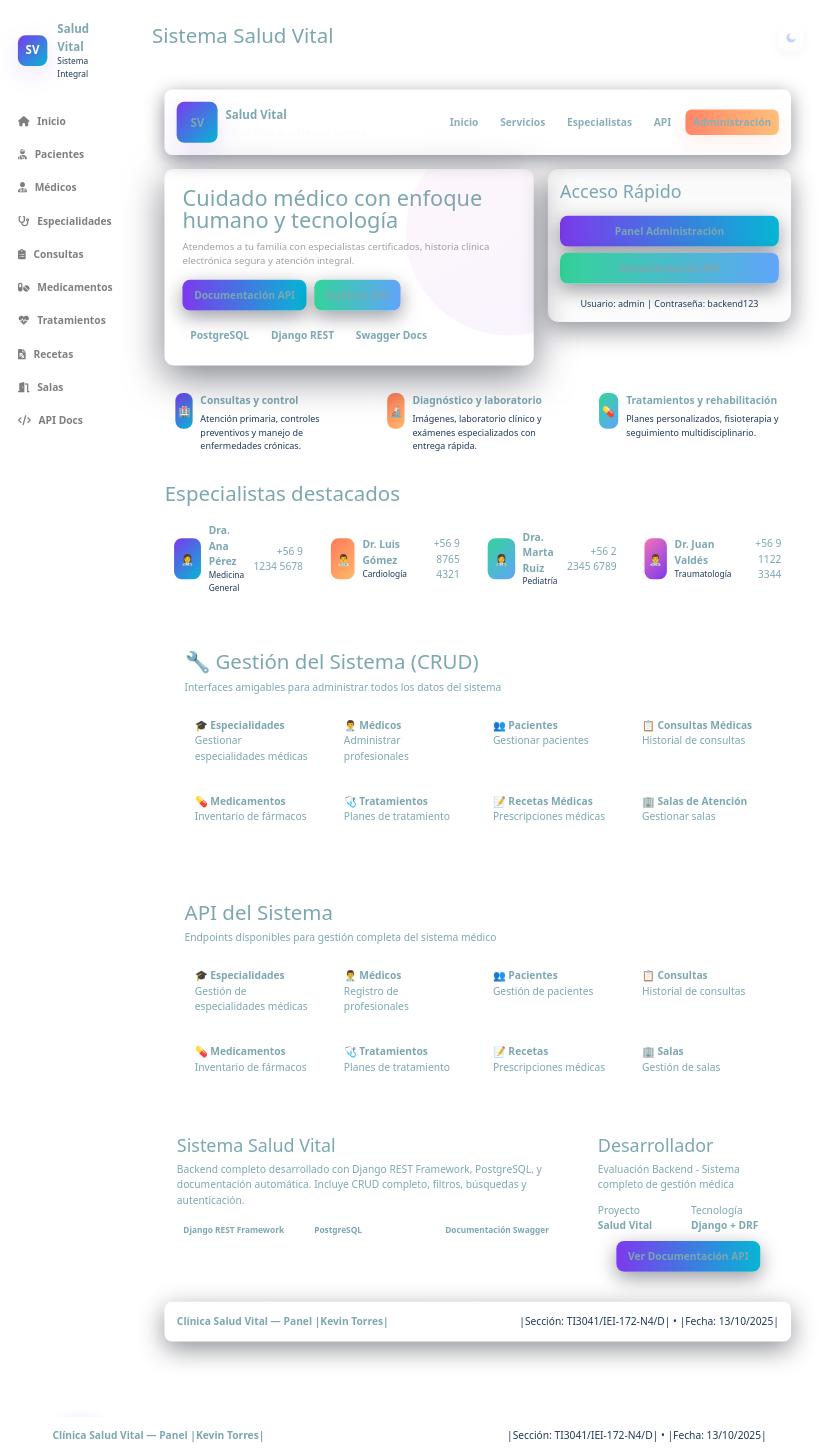
Repository: KeviNozh/eva2_clinica
Page: templates/index.html
These files come from the project's save history. The page is drawn as it stood at one moment and after a run of saves; the edit follows.
The browser window is 1280 px wide. The pictures show the whole page, at 64% of full size.
The template is drawn by Django 5.2. The application's start-up code is not run. Other server files are loaded and not shown. The template is opened directly, without the code that normally fills it, so the values that code supplies are empty.

Above is the page before, as saved 2025-10-16 00:20:12.

### templates/index.html
{% extends 'base.html' %}

{% block title %}Inicio - Salud Vital{% endblock %}

{% block content %}
<!DOCTYPE html>
<html lang="es">
<head>
  <meta charset="utf-8" />
  <meta name="viewport" content="width=device-width,initial-scale=1" />
  <style>
  /* Paleta viva y variables */
  :root{
    --bg:#ffffff;      /* fondo oscuro general */
    --soft-bg:#f6fbff;          /* paneles claros */
    --glass: rgba(224, 255, 246, 0.06);
    --muted:#1e395a;
    --white: #7ca7b1ff;

    --c1-start:#7c3aed; --c1-end:#06b6d4;   /* morado -> cian */
    --c2-start:#ff7a59; --c2-end:#ffb86b;   /* naranja -> amarillo */
    --c3-start:#34d399; --c3-end:#60a5fa;   /* verde -> azul */
    --c4-start:#f472b6; --c4-end:#7c3aed;   /* rosa -> morado */

    --radius:14px;
    --shadow-lg: 0 18px 60px rgba(2,6,23,0.5);
    --max-width:1200px;
    font-family: Inter, system-ui, -apple-system, "Segoe UI", Roboto, "Helvetica Neue", Arial, sans-serif;
    color-scheme: dark;
  }

  /* Reset y layout */
  *{box-sizing:border-box}
  html,body{height:100%;margin:0;background:
    radial-gradient(600px 300px at 10% 10%, rgba(124,58,237,0.12), transparent 10%),
    radial-gradient(500px 240px at 90% 70%, rgba(6,182,212,0.08), transparent 8%),
    var(--bg);
    -webkit-font-smoothing:antialiased;color:var(--white);
  }
  a{color:inherit;text-decoration:none}
  .wrap{max-width:var(--max-width);margin:30px auto;padding:20px}

  /* Header */
  header.site{
    display:flex;align-items:center;gap:16px;padding:18px;border-radius:12px;
    background: linear-gradient(90deg, rgba(255,255,255,0.03), rgba(255,255,255,0.02));
    border: 1px solid rgba(255,255,255,0.04);
    box-shadow: 0 8px 30px rgba(2,6,23,0.45);
  }
  .brand{display:flex;gap:12px;align-items:center}
  .logo{
    width:64px;height:64px;border-radius:12px;background:linear-gradient(135deg,var(--c1-start),var(--c1-end));
    display:grid;place-items:center;font-weight:900;font-size:18px;color:var(--white);box-shadow:0 12px 40px rgba(124,58,237,0.14)
  }
  .brand .title{font-weight:800;font-size:18px}
  .brand .subtitle{font-size:13px;color:#f6fbff;margin-top:4px}

  nav.main{margin-left:auto;display:flex;gap:10px;align-items:center}
  .nav-link{padding:8px 12px;border-radius:10px;color:var(--white);opacity:0.9;font-weight:700}
  .nav-link.ghost{background:transparent;border:1px solid rgba(186, 179, 179, 0.04);opacity:0.8}
  .nav-link.cta{background:linear-gradient(90deg,var(--c2-start),var(--c2-end));box-shadow:0 12px 30px rgba(255,122,89,0.14)}

  /* Hero */
  .hero{display:grid;grid-template-columns:1fr 380px;gap:22px;margin-top:22px;align-items:start}
  @media (max-width:980px){ .hero{grid-template-columns:1fr} }
  .hero-card{
    background: linear-gradient(180deg, rgba(255,255,255,0.04), rgba(255,255,255,0.02));
    border-radius:var(--radius);padding:28px;box-shadow:var(--shadow-lg);
    position:relative;overflow:hidden;
  }
  /* decorative shapes */
  .hero-card::before{
    content:"";position:absolute;right:-120px;top:-60px;width:320px;height:320px;border-radius:160px;
    background:linear-gradient(135deg,var(--c4-start),var(--c4-end));opacity:0.06;transform:rotate(20deg);
  }
  .hero h1{margin:0;font-size:34px;line-height:1.02}
  .hero p{margin:12px 0;color:#9da0a3;font-size:15px}
  .cta-group{display:flex;gap:12px;margin-top:18px;flex-wrap:wrap}
  .btn{
    padding:12px 18px;border-radius:12px;border:0;font-weight:800;cursor:pointer;
    color:var(--white);box-shadow:0 10px 30px rgba(2,6,23,0.4)
  }
  .btn.primary{background:linear-gradient(90deg,var(--c1-start),var(--c1-end))}
  .btn.alt{background:linear-gradient(90deg,var(--c3-start),var(--c3-end))}

  /* Appointment card (right) */
  .appointment{
    background: linear-gradient(180deg, rgba(90, 90, 90, 0.03), rgba(87, 86, 86, 0.02));
    padding:18px;border-radius:16px;border:1px solid rgba(255,255,255,0.04);box-shadow:0 12px 40px rgba(2,6,23,0.45)
  }
  .appointment h3{margin:0 0 10px 0}
  .appointment label{display:block;font-size:13px;color:var(--muted);margin-bottom:6px}
  .appointment input, .appointment select{width:100%;padding:10px;border-radius:10px;border:1px solid rgba(255,255,255,0.04);background:transparent;color:var(--white);margin-bottom:10px}

  /* Services grid */
  .services{display:grid;grid-template-columns:repeat(3,1fr);gap:14px;margin-top:26px}
  @media (max-width:1100px){ .services{grid-template-columns:repeat(2,1fr)} }
  @media (max-width:700px){ .services{grid-template-columns:1fr} }
  .service{
    background:linear-gradient(180deg, rgba(255,255,255,0.02), rgba(255,255,255,0.01));
    padding:16px;border-radius:12px;border:1px solid rgba(255,255,255,0.03);display:flex;gap:12px;align-items:flex-start;
  }
  .service .icon{width:56px;height:56px;border-radius:12px;display:grid;place-items:center;color:var(--white);font-weight:900}
  .s1{background:linear-gradient(135deg,var(--c1-start),var(--c1-end))}
  .s2{background:linear-gradient(135deg,var(--c2-start),var(--c2-end))}
  .s3{background:linear-gradient(135deg,var(--c3-start),var(--c3-end))}
  .service .title{font-weight:800}
  .service .desc{color:var(--muted);margin-top:6px;font-size:14px}

  /* Specialists */
  .specialists{margin-top:28px}
  .specialists h2{margin:0 0 12px 0}
  .cards{display:grid;grid-template-columns:repeat(4,1fr);gap:14px}
  @media (max-width:1100px){ .cards{grid-template-columns:repeat(2,1fr)} }
  @media (max-width:600px){ .cards{grid-template-columns:1fr} }
  .doctor{
    background:linear-gradient(180deg, rgba(255,255,255,0.02), rgba(255,255,255,0.01));
    padding:14px;border-radius:12px;border:1px solid rgba(255,255,255,0.03);display:flex;gap:12px;align-items:center;
  }
  .avatar{width:64px;height:64px;border-radius:12px;display:grid;place-items:center;font-weight:900;color:var(--white)}
  .avatar.a1{background:linear-gradient(135deg,var(--c1-start),var(--c1-end))}
  .avatar.a2{background:linear-gradient(135deg,var(--c2-start),var(--c2-end))}
  .avatar.a3{background:linear-gradient(135deg,var(--c3-start),var(--c3-end))}
  .avatar.a4{background:linear-gradient(135deg,var(--c4-start),var(--c4-end))}
  .doc-meta .name{font-weight:800}
  .doc-meta .spec{color:var(--muted);font-size:13px}

  /* Facilities / base */
  .base{display:grid;grid-template-columns:2fr 1fr;gap:16px;margin-top:28px}
  @media (max-width:900px){ .base{grid-template-columns:1fr} }
  .about, .contact{
    background: linear-gradient(180deg, rgba(255,255,255,0.02), rgba(255,255,255,0.01));
    padding:18px;border-radius:12px;border:1px solid rgba(255,255,255,0.03);
  }
  .about h3{margin-top:0}
  .features{display:grid;grid-template-columns:repeat(3,1fr);gap:10px;margin-top:12px}
  .feature{padding:10px;border-radius:10px;background:linear-gradient(90deg, rgba(255,255,255,0.02), transparent);font-weight:700;color:var(--white);font-size:13px}

  /* Contact */
  .contact form input, .contact form textarea{width:100%;padding:10px;border-radius:10px;border:1px solid rgba(255,255,255,0.04);background:transparent;color:var(--white);margin-bottom:8px}

  /* Footer */
  footer.site{
    margin-top:28px;padding:18px;border-radius:12px;background:linear-gradient(90deg, rgba(255,255,255,0.03), rgba(255,255,255,0.02));
    border:1px solid rgba(255,255,255,0.04);
    display:flex;justify-content:space-between;align-items:center;gap:12px;box-shadow:0 12px 40px rgba(2,6,23,0.45)
  }
  .footer-left{font-weight:800}
  .footer-right{color:var(--muted)}
  .pill{display:inline-block;padding:8px 12px;border-radius:999px;background:rgba(255,255,255,0.04);font-weight:700}

  /* API Links Section */
  .api-section {
    margin-top: 40px;
    padding: 30px;
    background: linear-gradient(180deg, rgba(255,255,255,0.03), rgba(255,255,255,0.01));
    border-radius: 16px;
    border: 1px solid rgba(255,255,255,0.04);
  }
  .api-links {
    display: grid;
    grid-template-columns: repeat(auto-fit, minmax(200px, 1fr));
    gap: 15px;
    margin-top: 20px;
  }
  .api-link {
    padding: 15px;
    background: rgba(255,255,255,0.02);
    border-radius: 10px;
    border: 1px solid rgba(255,255,255,0.03);
    transition: all 0.3s ease;
  }
  .api-link:hover {
    background: rgba(255,255,255,0.05);
    transform: translateY(-2px);
  }

  /* Small responsive tweaks */
  @media (max-width:520px){
    .nav-link{display:none}
    header.site{padding:12px}
    .logo{width:52px;height:52px}
  }
  </style>
</head>
<body>
  <div class="wrap">
    <!-- Header -->
    <header class="site" role="banner" aria-label="Encabezado principal">
      <div class="brand">
        <div class="logo" aria-hidden>SV</div>
        <div>
          <div class="title">Salud Vital</div>
          <div class="subtitle">Clínica Integral — Atención humana</div>
        </div>
      </div>

      <nav class="main" role="navigation" aria-label="Navegación principal">
        <a class="nav-link" href="#home">Inicio</a>
        <a class="nav-link" href="#servicios">Servicios</a>
        <a class="nav-link" href="#medicos">Especialistas</a>
        <a class="nav-link" href="#api">API</a>
        <a class="nav-link cta" href="/admin/">Administración</a>
      </nav>
    </header>

    <!-- Hero + Appointment -->
    <section class="hero" id="home" aria-labelledby="hero-title">
      <div class="hero-card">
        <h1 id="hero-title">Cuidado médico con enfoque humano y tecnología</h1>
        <p>Atendemos a tu familia con especialistas certificados, historia clínica electrónica segura y atención integral.</p>

        <div class="cta-group">
          <a class="btn primary" href="/api/docs/">Documentación API</a>
          <a class="btn alt" href="/api/">Explorar API</a>
        </div>

        <div style="margin-top:18px;display:flex;gap:10px;flex-wrap:wrap">
          <span class="pill">PostgreSQL</span>
          <span class="pill">Django REST</span>
          <span class="pill">Swagger Docs</span>
        </div>
      </div>

      <aside class="appointment" aria-labelledby="ap-title" id="cita">
        <h3 id="ap-title">Acceso Rápido</h3>
        <div style="text-align: center; margin: 20px 0;">
          <a href="/admin/" class="btn primary" style="display: block; margin-bottom: 10px;">Panel Administración</a>
          <a href="/api/docs/" class="btn alt" style="display: block;">Documentación API</a>
        </div>
        <div style="color: var(--muted); font-size: 14px; text-align: center;">
          Usuario: admin | Contraseña: backend123
        </div>
      </aside>
    </section>

    <!-- Services -->
    <section id="servicios" class="services" aria-label="Servicios destacados">
      <article class="service">
        <div class="icon s1">🏥</div>
        <div>
          <div class="title">Consultas y control</div>
          <div class="desc">Atención primaria, controles preventivos y manejo de enfermedades crónicas.</div>
        </div>
      </article>

      <article class="service">
        <div class="icon s2">🔬</div>
        <div>
          <div class="title">Diagnóstico y laboratorio</div>
          <div class="desc">Imágenes, laboratorio clínico y exámenes especializados con entrega rápida.</div>
        </div>
      </article>

      <article class="service">
        <div class="icon s3">💊</div>
        <div>
          <div class="title">Tratamientos y rehabilitación</div>
          <div class="desc">Planes personalizados, fisioterapia y seguimiento multidisciplinario.</div>
        </div>
      </article>
    </section>

    <!-- Specialists -->
    <section class="specialists" id="medicos">
      <h2>Especialistas destacados</h2>
      <div class="cards" role="list">
        <div class="doctor" role="listitem">
          <div class="avatar a1">👩‍⚕️</div>
          <div class="doc-meta" style="flex:1">
            <div class="name">Dra. Ana Pérez</div>
            <div class="spec">Medicina General</div>
          </div>
          <div style="text-align:right">
            <div class="muted">+56 9 1234 5678</div>
          </div>
        </div>

        <div class="doctor">
          <div class="avatar a2">👨‍⚕️</div>
          <div class="doc-meta" style="flex:1">
            <div class="name">Dr. Luis Gómez</div>
            <div class="spec">Cardiología</div>
          </div>
          <div style="text-align:right">
            <div class="muted">+56 9 8765 4321</div>
          </div>
        </div>

        <div class="doctor">
          <div class="avatar a3">👩‍⚕️</div>
          <div class="doc-meta" style="flex:1">
            <div class="name">Dra. Marta Ruiz</div>
            <div class="spec">Pediatría</div>
          </div>
          <div style="text-align:right">
            <div class="muted">+56 2 2345 6789</div>
          </div>
        </div>

        <div class="doctor">
          <div class="avatar a4">👨‍⚕️</div>
          <div class="doc-meta" style="flex:1">
            <div class="name">Dr. Juan Valdés</div>
            <div class="spec">Traumatología</div>
          </div>
          <div style="text-align:right">
            <div class="muted">+56 9 1122 3344</div>
          </div>
        </div>
      </div>
    </section>

<!-- Agregar esta sección después de "Especialistas destacados" -->
<section class="api-section" id="crud">
  <h2>🔧 Gestión del Sistema (CRUD)</h2>
  <p class="muted">Interfaces amigables para administrar todos los datos del sistema</p>

  <div class="api-links">
    <a href="/crud/especialidades/" class="api-link">
      <strong>🎓 Especialidades</strong>
      <div class="muted">Gestionar especialidades médicas</div>
    </a>
    <a href="/crud/medicos/" class="api-link">
      <strong>👨‍⚕️ Médicos</strong>
      <div class="muted">Administrar profesionales</div>
    </a>
    <a href="/crud/pacientes/" class="api-link">
      <strong>👥 Pacientes</strong>
      <div class="muted">Gestionar pacientes</div>
    </a>
    <a href="/crud/consultas/" class="api-link">
      <strong>📋 Consultas Médicas</strong>
      <div class="muted">Historial de consultas</div>
    </a>
    <a href="/crud/medicamentos/" class="api-link">
      <strong>💊 Medicamentos</strong>
      <div class="muted">Inventario de fármacos</div>
    </a>
    <a href="/crud/tratamientos/" class="api-link">
      <strong>🩺 Tratamientos</strong>
      <div class="muted">Planes de tratamiento</div>
    </a>
    <a href="/crud/recetas/" class="api-link">
      <strong>📝 Recetas Médicas</strong>
      <div class="muted">Prescripciones médicas</div>
    </a>
    <a href="/crud/salas/" class="api-link">
      <strong>🏢 Salas de Atención</strong>
      <div class="muted">Gestionar salas</div>
    </a>
  </div>
</section>

    <!-- API Section -->
    <section class="api-section" id="api">
      <h2>API del Sistema</h2>
      <p class="muted">Endpoints disponibles para gestión completa del sistema médico</p>

      <div class="api-links">
        <a href="/api/especialidades/" class="api-link">
          <strong>🎓 Especialidades</strong>
          <div class="muted">Gestión de especialidades médicas</div>
        </a>
        <a href="/api/medicos/" class="api-link">
          <strong>👨‍⚕️ Médicos</strong>
          <div class="muted">Registro de profesionales</div>
        </a>
        <a href="/api/pacientes/" class="api-link">
          <strong>👥 Pacientes</strong>
          <div class="muted">Gestión de pacientes</div>
        </a>
        <a href="/api/consultas-medicas/" class="api-link">
          <strong>📋 Consultas</strong>
          <div class="muted">Historial de consultas</div>
        </a>
        <a href="/api/medicamentos/" class="api-link">
          <strong>💊 Medicamentos</strong>
          <div class="muted">Inventario de fármacos</div>
        </a>
        <a href="/api/tratamientos/" class="api-link">
          <strong>🩺 Tratamientos</strong>
          <div class="muted">Planes de tratamiento</div>
        </a>
        <a href="/api/recetas-medicas/" class="api-link">
          <strong>📝 Recetas</strong>
          <div class="muted">Prescripciones médicas</div>
        </a>
        <a href="/api/salas-atencion/" class="api-link">
          <strong>🏢 Salas</strong>
          <div class="muted">Gestión de salas</div>
        </a>
      </div>
    </section>

    <!-- Base / About & Contact -->
    <section class="base" id="contacto">
      <div class="about">
        <h3>Sistema Salud Vital</h3>
        <p class="muted">Backend completo desarrollado con Django REST Framework, PostgreSQL, y documentación automática. Incluye CRUD completo, filtros, búsquedas y autenticación.</p>

        <div class="features" aria-hidden>
          <div class="feature">Django REST Framework</div>
          <div class="feature">PostgreSQL</div>
          <div class="feature">Documentación Swagger</div>
        </div>
      </div>

      <aside class="contact" aria-labelledby="contact-title">
        <h3 id="contact-title">Desarrollador</h3>
        <p class="muted">Evaluación Backend - Sistema completo de gestión médica</p>

        <div style="display:flex;gap:8px;margin-top:8px">
          <div style="flex:1">
            <div class="muted">Proyecto</div>
            <div style="font-weight:800">Salud Vital</div>
          </div>
          <div style="flex:1">
            <div class="muted">Tecnología</div>
            <div style="font-weight:800">Django + DRF</div>
          </div>
        </div>

        <div style="margin-top:12px; text-align: center;">
          <a href="/api/docs/" class="btn primary">Ver Documentación API</a>
        </div>
      </aside>
    </section>

    <!-- Footer -->
    <footer class="site" role="contentinfo">
      <div class="footer-left">
        Clínica Salud Vital — Panel |Kevin Torres|
      </div>
      <div class="footer-right">
        <div class="muted">|Sección: TI3041/IEI-172-N4/D| • |Fecha: 13/10/2025|</div>
      </div>
    </footer>
  </div>
</body>
</html>
{% endblock %}

Loaded but not shown: templates/base.html (345 lines, source omitted)

After the next 3 saves:
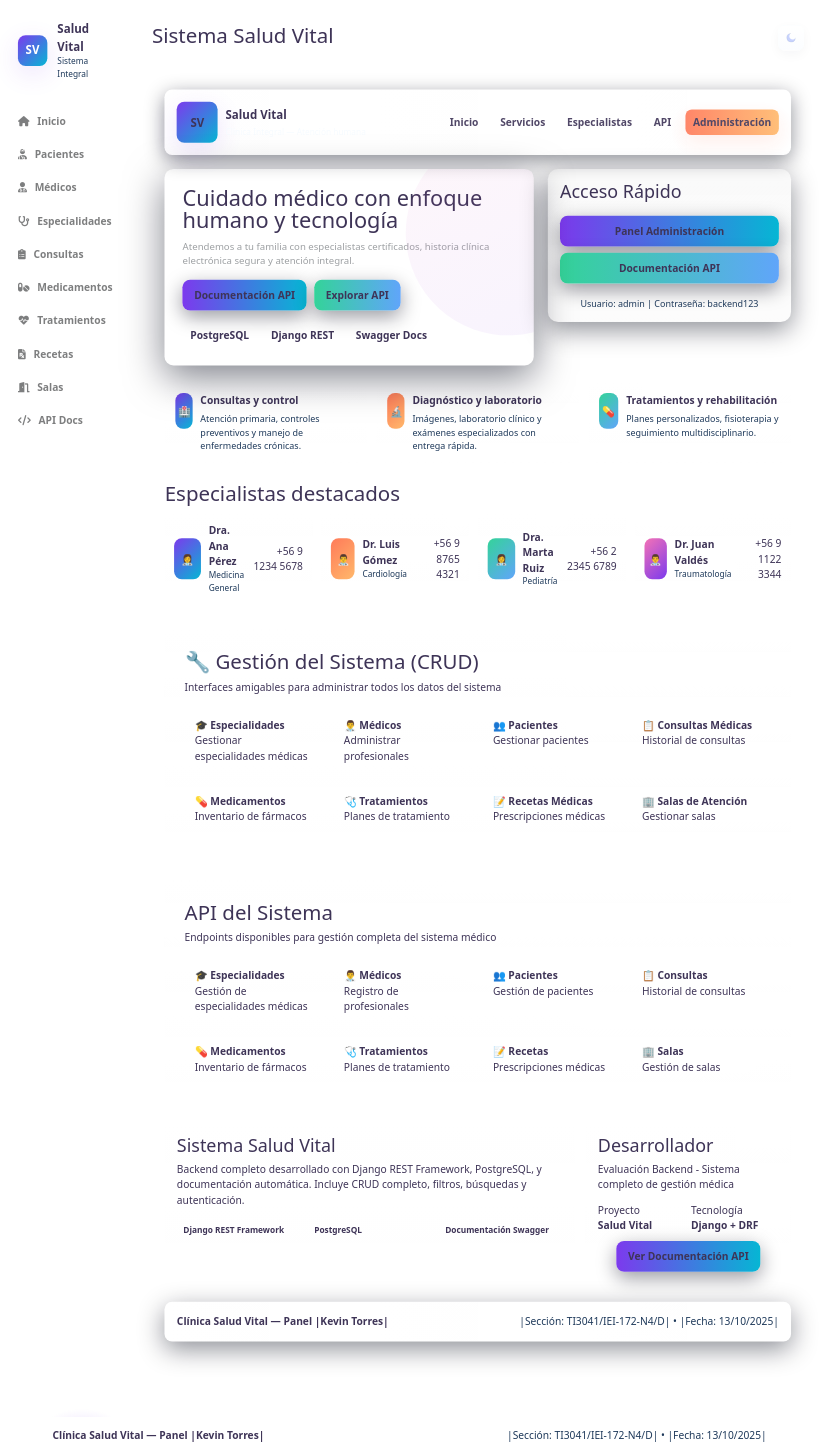
The 3 saves are shown as one change because they came seconds apart.
The last was saved 8 s later.
--- a/templates/index.html
+++ b/templates/index.html
@@ -15,7 +15,7 @@
     --soft-bg:#f6fbff;          /* paneles claros */
     --glass: rgba(224, 255, 246, 0.06);
     --muted:#1e395a;
-    --white: #7ca7b1ff;
+    --white: #3e3457ff;
 
     --c1-start:#7c3aed; --c1-end:#06b6d4;   /* morado -> cian */
     --c2-start:#ff7a59; --c2-end:#ffb86b;   /* naranja -> amarillo */
